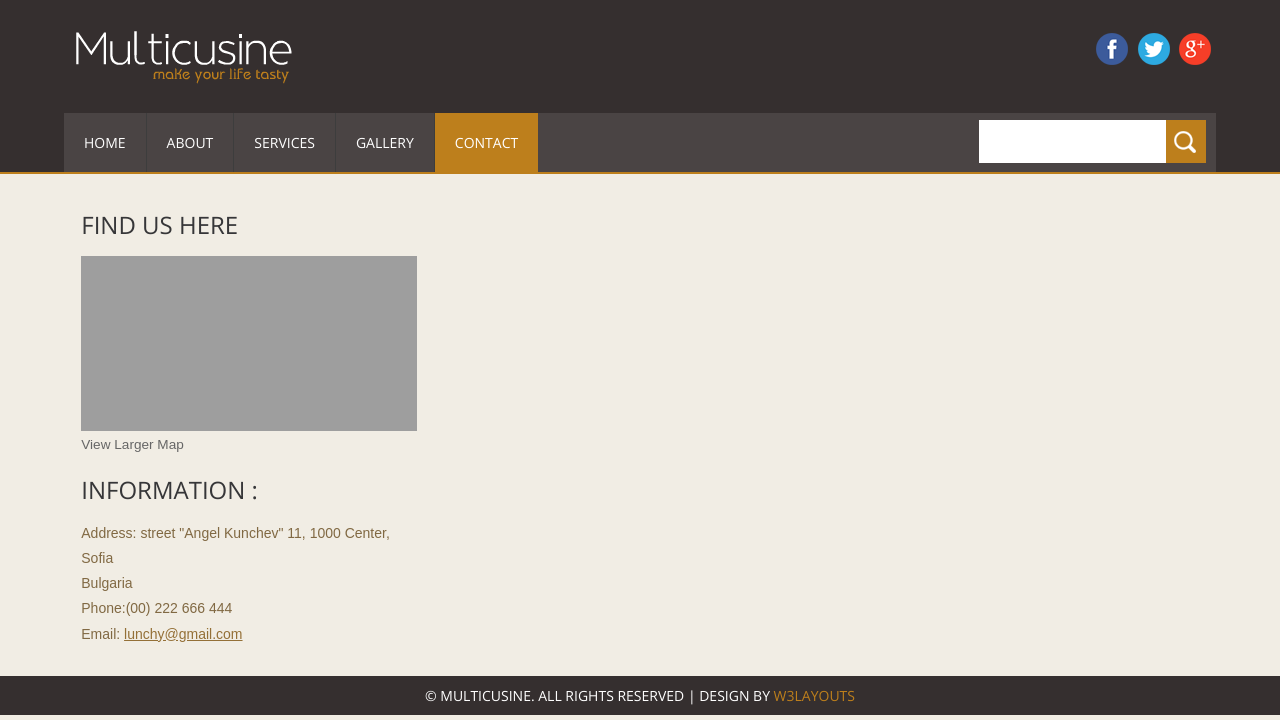
Repository: desso919/lunchy
Page: Lunchy/WebContent/web/contact.html
These files come from the project's save history. The page is drawn as it stood at one moment and after a run of saves; the edit follows.
The browser window is 1280 px wide. The pictures show the whole page.
Pictures or frames that could not be fetched are drawn as grey boxes.

Above is the page before, as saved 2018-01-15 22:31:42.

After the next 2 saves:
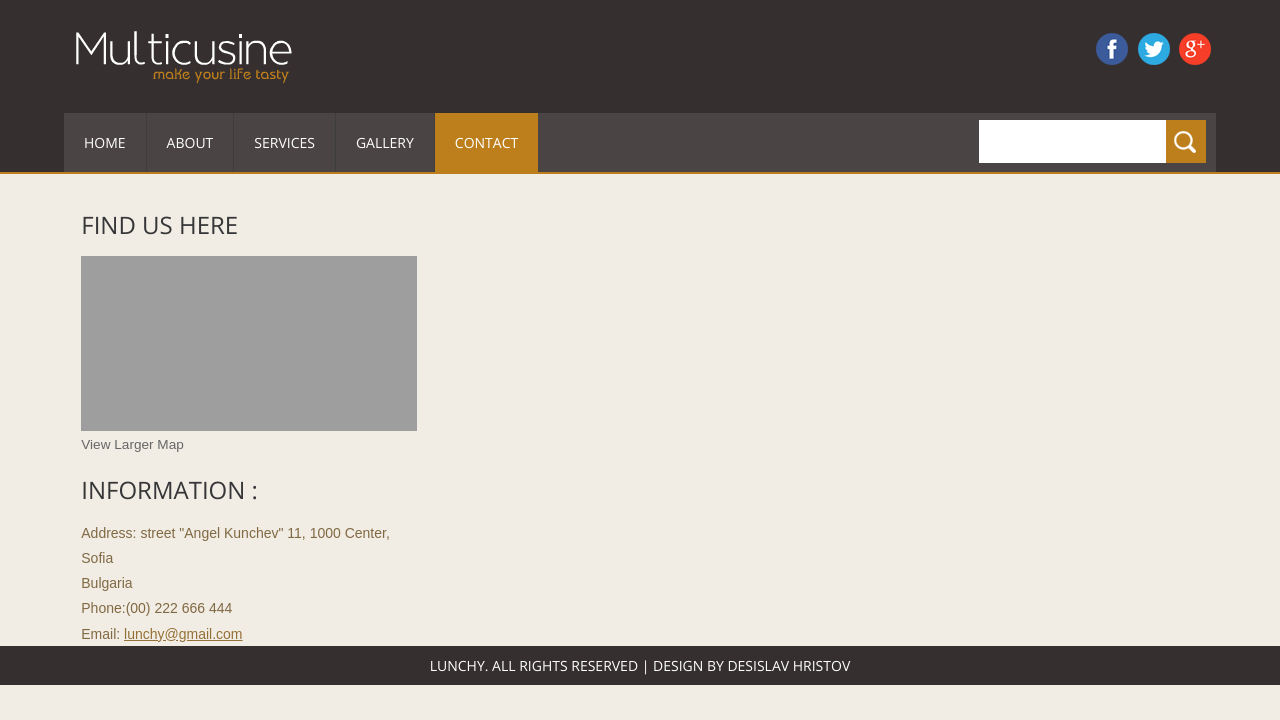
The 2 saves are shown as one change because they came seconds apart.
The last was saved 59 s later.
--- a/Lunchy/WebContent/web/contact.html
+++ b/Lunchy/WebContent/web/contact.html
@@ -94,15 +94,12 @@ License URL: http://creativecommons.org/licenses/by/3.0/
 		</div>
 	</div>
 
-	<div class="copy-right">
+	<div class="copy-right" style="position: absolute; width:100%; bottom:35px" >
 		<div class="top-to-page">
 			<a href="#top" class="scroll"> </a>
 			<div class="clear"></div>
 		</div>
-		<p>
-			© Multicusine. All Rights Reserved | Design by <a
-				href="http://w3layouts.com/"> W3layouts</a>
-		</p>
+		<p> Lunchy. All Rights Reserved | Design by Desislav Hristov</p>
 	</div>
 	<!---End-footer---->
 </body>
